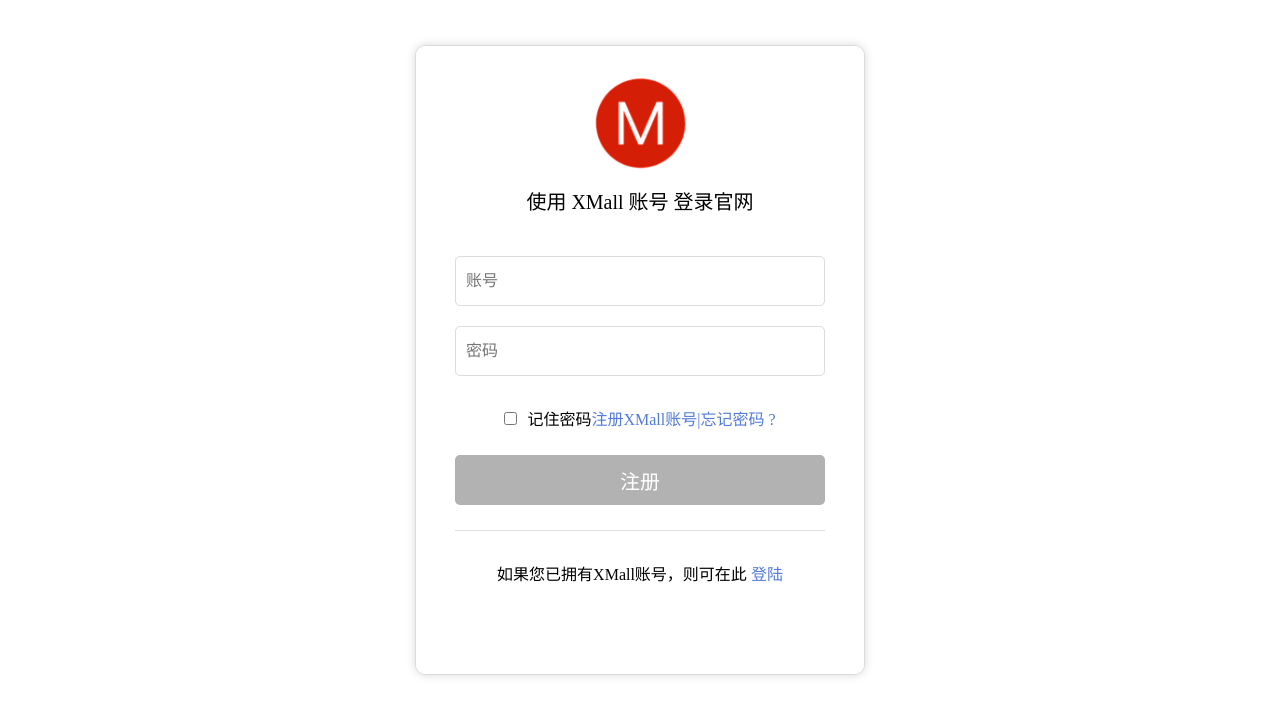
Repository: dingqihui1997/xmall-demo
Page: /signin
These files come from the project's save history. The page is drawn as it stood at one moment and after the next save; the edit follows.
The browser window is 1280 px wide. The pictures show the whole page.
The project was rebuilt for these pictures with package versions that can differ from the ones it lists, and the page was loaded fresh each time. Also part of the build but not shown: vue.config.js, src/views/Home.vue.

Above is the page before, as saved 2021-06-29 17:43:33.

### src/main.js
import Vue from 'vue'
import App from './App.vue'
import router from './router'
import store from './store'
import ElementUI from 'element-ui';
import 'element-ui/lib/theme-chalk/index.css';
Vue.use(ElementUI);
Vue.config.productionTip = false

new Vue({
  router,
  store,
  render: h => h(App)
}).$mount('#app')

### src/App.vue
<template>
  <div id="app">
    <router-view />
  </div>
</template>

<style lang="scss">
@import "./styles/common";
@import "./styles/ui";
</style>

### src/router/index.js
import Vue from 'vue'
import VueRouter from 'vue-router'
import Home from '../views/Home.vue'

Vue.use(VueRouter)

const routes = [
  {
    path: '/',
    name: 'Home',
    component: Home
  },
  {//登录
    path: '/signin',
    name: 'Signin',
    component: () => import('../components/signin/Signin.vue')
  },
  {//注册
    path: '/register',
    name: 'Register',
    component: () => import('../components/register/Register.vue')
  },


]

const router = new VueRouter({
  mode: 'history',
  base: process.env.BASE_URL,
  routes
})

export default router

### src/styles/common.scss
 * {
     margin: 0;
     padding: 0;
 }

 .center {
     //居中显示
     margin: auto;
     position: absolute;
     top: 0;
     bottom: 0;
     left: 0;
     right: 0;
 }

 * {
     box-sizing: border-box;
 }

 .wi100 {
     width: 100%;
 }

 .hei100 {
     height: 100%;
 }

 .pflex {
     position: fixed;
     /* 固定定位 */
 }

 .flex {
     display: flex;
 }

 .flex-wrap {
     /* 子元素换行排列 */
     display: flex;
     flex-wrap: wrap;
     align-items: center;
 }

 .flex-j {
     display: flex;
     justify-content: center;
     /* 水平方向居中 */
 }

 .flex-a {
     display: flex;
     align-items: center;
     /* 垂直方向居中 */
 }

 .flex-ja {
     /* felx-ja 垂直水平方向居中 */
     display: flex;
     align-items: center;
     justify-content: center;
 }

 .flex-sb {
     /* flex-sb 子元素两边排列 */
     display: flex;
     justify-content: space-between;
 }

 .flex-sba {
     /* flex-sb 子元素两边排列 bing居中 */
     display: flex;
     justify-content: space-between;
     align-items: center;
 }

 .flex-d {
     /* z子元素竖向排列 */
     display: flex;
     flex-direction: column;
 }

 .flex-di {
     /* 子元素竖向排列并居中 */
     display: flex;
     flex-direction: column;
     align-items: center;
 }

 .flex-dj {
     /* 子元素竖向排列并居中 */
     display: flex;
     flex-direction: column;
 }

 .flex-dji {
     /* 子元素竖向排列并水平垂直居中 */
     display: flex;
     flex-direction: column;
     align-items: center;
     justify-content: center;
 }

 .pad-t10 {
     padding-top: 10px;
 }

 .pad-t15 {
     padding-top: 15px;
 }

 .margin-r55 {
     margin-right: 55px;
 }

 .marginauto {
     margin: 0 auto;
 }

 .img100 {
     width: 100%;
     height: 100%;
 }

 .img50 {
     width: 50%;
     height: 50%;
 }

 .imgh100 {
     height: 100%;
 }

 .img45 {
     width: 45%;
     height: 45%;
 }

 .img80 {
     width: 80%;
     height: 80%;
 }

 .font20 {
     font-size: 20px;
 }

 .font18 {
     font-size: 18px;
 }

 .font16 {
     font-size: 16px;
 }

 .font14 {
     font-size: 14px;
 }

 .font12 {
     font-size: 12px;
 }

 .flex1 {
     flex: 1;
 }

 .flex2 {
     flex: 1.5;
 }

 .color30 {
     color: #000000;
 }

 .color3f {
     /* 白色 */
     color: #fff;
 }

 .margin-t10 {
     margin-top: 10px;
 }

 .margin-t5 {
     margin-top: 5px;
 }

 .margin-t20 {
     margin-top: 20px;
 }

 .margin-r5 {
     margin-right: 5px;
 }

 .margin-r15 {
     margin-right: 15px;
 }

 .margin-r10 {
     margin-right: 10px;
 }

 .margin-r20 {
     margin-right: 20px;
 }

 .margin-r30 {
     margin-right: 30px;
 }

 .margin-l10 {
     margin-left: 10px;
 }

 .margin-l20 {
     margin-left: 20px;
 }

 .margin-b10 {
     margin-bottom: 10px;
 }

 .text-de {
     /* 有下划线 */
     text-decoration: underline;
 }

 .text-li {
     text-decoration: line-through;
     /* 删除线 */
 }

 .font-w7 {
     /* 加粗 */
     font-weight: 700;
 }

 .fontstyle-i {
     /* 斜体 */
     font-style: italic;
 }

 .shuoming {
     position: relative;
     top: 55px
 }

 .textr {
     text-align: right;
 }

### src/styles/ui.scss
.login {
    .el-input__inner {
        width: 370px;
        height: 50px;
    }

    .el-input__suffix {
        position: absolute;
        right: 50px;
    }

    .el-input {
        position: relative;
    }
}

### src/components/signin/Signin.vue
<template>
  <!-- 登录页面 -->
  <div class="one">
    <div class="box center flex-d login">
      <div class="top">
        <div class="flex-ja"><img src="../../assets/log1.png" alt="" /></div>
        <div class="flex-ja">使用 XMall 账号 登录官网</div>
      </div>
      <!-- 账号 -->
      <div class="flex-ja name">
        <input type="text" placeholder="账号" class="ipt" v-model="username" />
      </div>
      <!-- 密码 -->
      <div class="flex-ja name">
        <input
          type="password"
          placeholder="密码"
          class="ipt"
          v-model="password"
        />
      </div>
      <div class="flex-ja choice">
        <input type="checkbox" class="inpt" v-model="checked" />
        记住密码
        <div><span>注册XMall账号|</span><span>忘记密码 ?</span></div>
      </div>
      <div class="flex-ja regis">
        <!-- 动态绑定属性，最先是true禁用状态 -->
        <button
          :disabled="flag"
          :class="{ back: flag === false }"
          @click="goto"
        >
          注册
        </button>
      </div>
      <div class="flex-ja">
        <div class="bottom flex-ja">
          如果您已拥有XMall账号，则可在此<span>&nbsp;登陆</span>
        </div>
      </div>
    </div>
  </div>
</template>

<script>
import axios from "axios";
export default {
  name: "",
  props: {},
  data() {
    return {
      username: "",
      password: "",
      Repeat: "",
      flag: true, //最开始禁用按钮
      checked: false,
    };
  },
  components: {},
  methods: {
    goto() {
      if (this.checked === false) {
        this.$message.error("您未勾选同意我们的相关注册协议");
      }
      if (this.password !== this.Repeat) {
        this.$message.error("两次输入的密码不相同");
      }
      if (this.password === this.Repeat && this.checked === true) {
        axios
          .post("/api/users/register", {
            username: this.username,
            password: this.password,
          })
          .then((res) => {
            console.log(res);
          })
          .catch((err) => {
            console.log("请求失败", err);
          });
      }
    },
  },
  mounted() {},
  computed: {},
  watch: {
    username(val) {
      this.username = val;
    },
    password(val) {
      this.password = val;
    },
    Repeat(val) {
      //账号和密码都输入了内容后，然后就不禁用button
      this.Repeat = val;
      if (this.username !== "" && this.password !== "" && val !== "") {
        this.flag = false;
        // console.log(val);
      } else {
        this.flag = true;
      }
    },
  },
};
</script>

<style lang='scss' scoped>
.box {
  width: 450px;
  height: 630px;
  border: 1px solid #dadada;
  border-radius: 10px;
  box-shadow: 0 0 10px #dadada;
}
.one {
  height: 100vh;
}
.top {
  height: 200px;
  font-size: 20px;
  //   margin-bottom: 35px;
  padding-top: 25px;
}
.top img {
  margin-bottom: 10px;
}
.ipt {
  width: 370px;
  height: 50px;
  outline: none;
  border: 1px #dcdcdc solid;
  border-radius: 5px;
  padding-left: 10px;
  font-size: 16px;
}
button {
  margin: 25px 0px;
  width: 370px;
  height: 50px;
  border-radius: 5px;
  border: none;
  color: #fff;
  font-size: 20px;
  background-color: #b2b2b2; //最开始设置成灰色背景颜色
}

span {
  color: #527bd9;
}

.name {
  margin-top: 10px;
  margin-bottom: 10px;
  text-align: center;
}
.choice {
  margin-top: 20px;
}
.regis {
  padding: 0 35px;
}
.inpt {
  margin-right: 10px;
}
.bottom {
  width: 370px;
  border-top: 1px #e0e0df solid;
  padding: 30px 0;
}
.back {
  background-color: #5f86e4; //当按钮不禁用的时候就显示蓝色，然后添加hover的效果
  &:hover {
    background-color: #6283cf;
  }
}
</style>

Loaded but not shown: public/index.html (common file); src/store/index.js (common file)

After the next save:
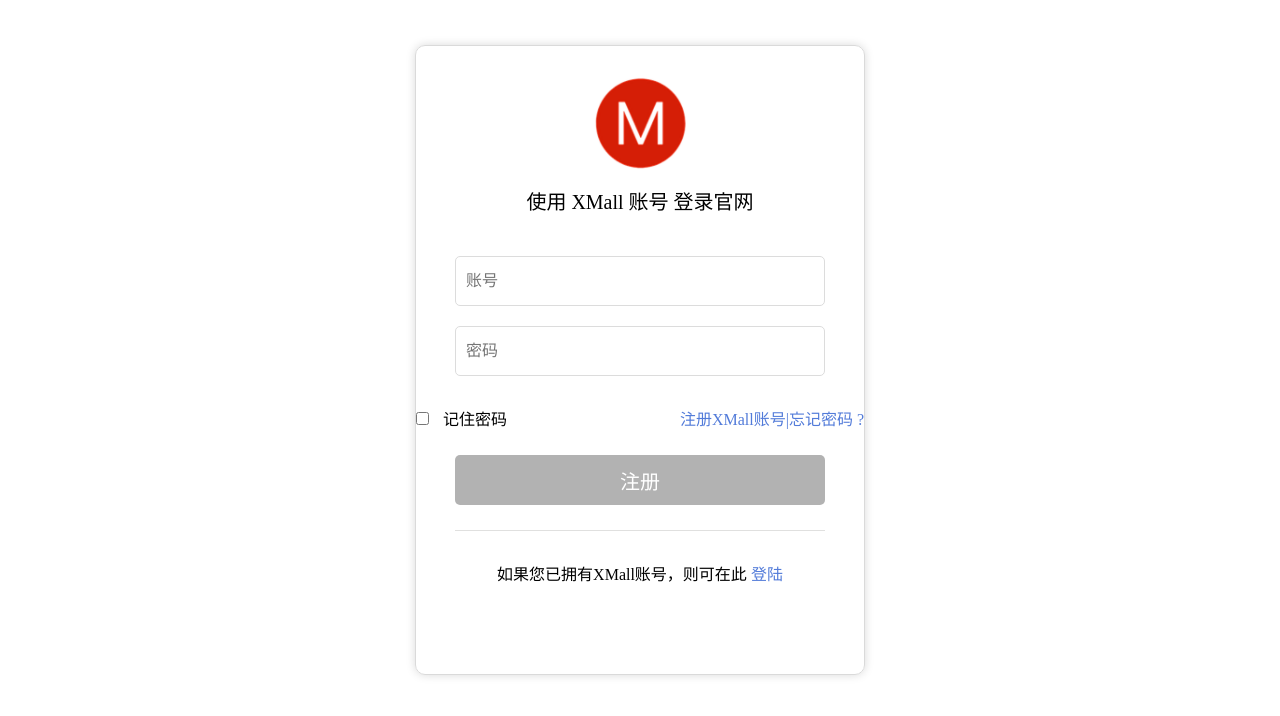
Saved 52 s later.
--- a/src/components/signin/Signin.vue
+++ b/src/components/signin/Signin.vue
@@ -19,9 +19,10 @@
           v-model="password"
         />
       </div>
-      <div class="flex-ja choice">
-        <input type="checkbox" class="inpt" v-model="checked" />
-        记住密码
+      <div class="flex-sb choice">
+        <div>
+          <input type="checkbox" class="inpt" v-model="checked" /> 记住密码
+        </div>
         <div><span>注册XMall账号|</span><span>忘记密码 ?</span></div>
       </div>
       <div class="flex-ja regis">
